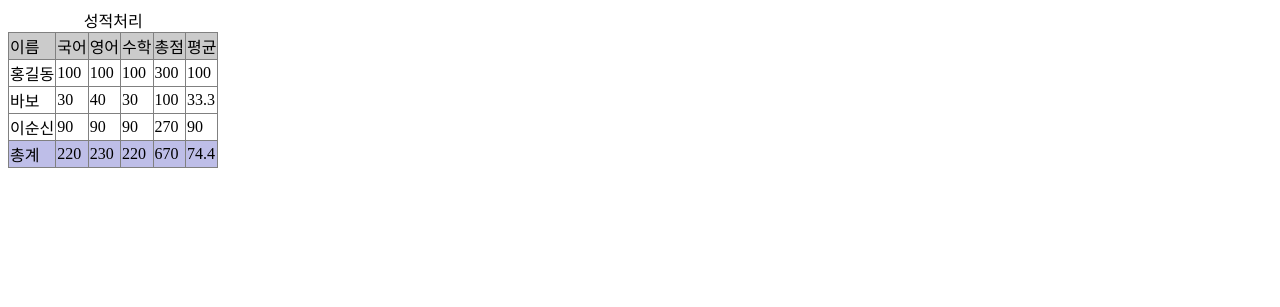
Repository: marudaga/html-css-lecture
Page: work/study/src/main/webapp/htmlEx/ch04/ex02.html
The author's editor kept a copy of each file at every save. The page is drawn from the files as they stood at one save, then again after the next save.
The browser window is 1280 px wide. The pictures show the whole page.

Above is the page before, as saved 2022-09-07 02:58:17.

### work/study/src/main/webapp/htmlEx/ch04/ex02.html
<!DOCTYPE html>
<html>
<head>
<meta charset="UTF-8">
<title>Insert title here</title>
</head>
<body>
	<table border="1" style="border-collapse: collapse;">
		<caption>성적처리</caption>
		<tr style="background: rgb(203, 203, 203);">
			<td>이름</td>
			<td>국어</td>
			<td>영어</td>
			<td>수학</td>
			<td>총점</td>
			<td>평균</td>
		</tr>
		<tr>
			<td>홍길동</td>
			<td>100</td>
			<td>100</td>
			<td>100</td>
			<td>300</td>
			<td>100</td>
		</tr>
		<tr>
			<td>바보</td>
			<td>30</td>
			<td>40</td>
			<td>30</td>
			<td>100</td>
			<td>33.3</td>
		</tr>
		<tr>
			<td>이순신</td>
			<td>90</td>
			<td>90</td>
			<td>90</td>
			<td>270</td>
			<td>90</td>
		</tr>
		<tr style="background: rgb(190, 190, 232);">
			<td>총계</td>
			<td>220</td>
			<td>230</td>
			<td>220</td>
			<td>670</td>
			<td>74.4</td>
		</tr>
	</table>
</body>
</html>

After the next save:
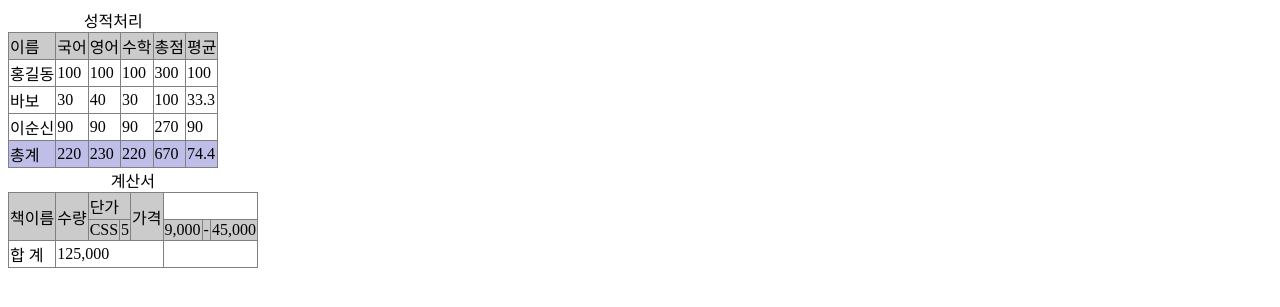
Saved 10 min 16 s later.
--- a/work/study/src/main/webapp/htmlEx/ch04/ex02.html
+++ b/work/study/src/main/webapp/htmlEx/ch04/ex02.html
@@ -48,5 +48,39 @@
 			<td>74.4</td>
 		</tr>
 	</table>
+	<table border="1" style="border-collapse: collapse;">
+		<caption>계산서</caption>
+		<tr style="background: rgb(203, 203, 203);">
+			<td rowspan="2">책이름</td>
+			<td rowspan="2">수량</td>
+			<td colspan="2">단가</td>
+			<td rowspan="2">가격</td>
+		</tr>
+		<tr style="background: rgb(203, 203, 203);>
+
+			<td>정가</td>
+			<td>세일가</td>
+
+		</tr>
+		<tr>
+			<td>HTML</td>
+			<td>10</td>
+			<td>10,000</td>
+			<td>8,000</td>
+			<td>80,000</td>
+		</tr>
+		<tr style="background: rgb(190, 190, 232);">
+			<td>CSS</td>
+			<td>5</td>
+			<td>9,000</td>
+			<td>-</td>
+			<td>45,000</td>
+		</tr>
+		<tr>
+			<td>합  계</td>
+			<td colspan="4">125,000</td>
+		</tr>
+	</table>
+
 </body>
 </html>
